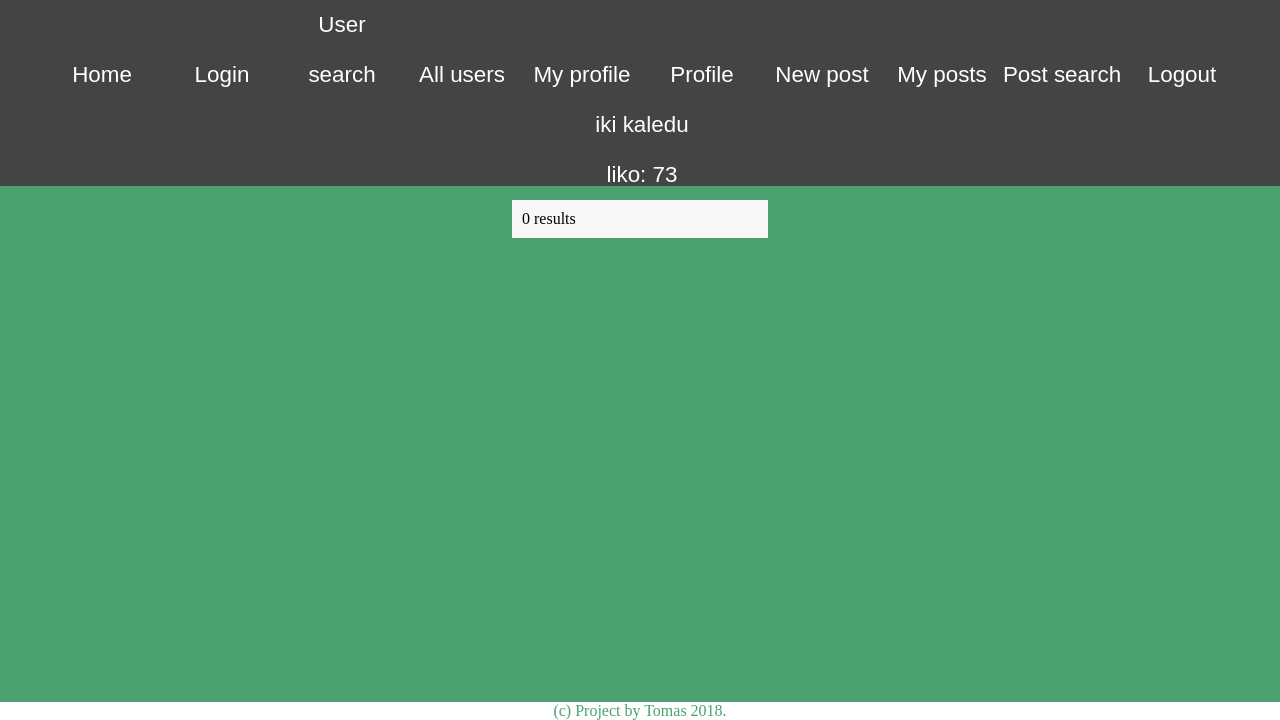
Repository: codin-full-stack/tomasz
Page: http://localhost/tomasz/userInfo.php
These files come from the project's save history. The page is drawn as it stood at one moment and after the next save; the edit follows.
The browser window is 1280 px wide. The pictures show the whole page.
The page is run by PHP 8.4 with error messages shown; the project is at /var/www/html/.

Above is the page before, as saved 2018-10-12 13:22:09.

### userInfo.php

<?php
include 'config.php';
include 'header.php';
?>


<div class="userinfo">
    <?php if (isset($_SESSION['id'])) {
            $search_value=$_SESSION["id"];
            $sql="select * from users where id like '%$search_value%'";
            $res=$conn->query($sql); ?>
          <?php  while($row=$res->fetch_assoc()){ ?>
            <div class="userinfo-box">
                <div class="userinfo-box-image-container">
                    <?php if (!empty($row['image'])){ ?>
                        <img src="data:[embedded picture, 66 characters]" class="userinfo-box-image" /></a>
                    <?php } ?>
                </div>
                <div class="userinfo-box-info">
                    <h2 class="userinfo-box-heading">
                        <?php
                             echo "ID - </b>" . $row["id"]. "<br>" .
                                "Vardas: " . $row["name"]. "<br>" .
                                "Pavarde: " . $row["surename"]. "<br>" .
                                "Email: " . $row["email"]. "<br>" .
                                "Amzius: " . $row["age"]. "<br>" .
                                "Miestas: " . $row["city"]. "<br>" .
                                "Lytis: " . $row["gender"]. "<br><br>";
                        ?>
                    </h2>
                </div>
            </div>
        <?php } ?>
    <?php } else { ?>
        0 results
    <?php } ?>
</div>

<?php
include 'footer.php';
?>

### config.php
<?php
$servername = "localhost";
$username = "root";
$password = "";
$db = "tomasz";

$conn = mysqli_connect($servername, $username, $password, $db);

if (!$conn) {
    die("Connection failed: " . mysqli_connect_error());
}
// echo "Connected successfully";

?>

### header.php
<?php
session_start();
// include('sessionCheck.php');
include('jsonFunctions.php');
?>

<!DOCTYPE html>
<html>
<head>
    <meta charset="utf-8" />
    <title>
    <?php
        if(isset($_SESSION['id'])) {
            $search_value=$_SESSION["id"];
            $sql3="select * from users where id ='$search_value'";
            $result3=mysqli_query($conn, $sql3);
            $row3=mysqli_fetch_assoc($result3);
            echo "Prisijunges: " . $row3['name'];
        } else {
            echo 'Prisjunk';
        }
    ?>
    </title>
    <meta name="viewport" content="width=device-width, initial-scale=1.0">
    <link rel="stylesheet" href="styles/styles.css" type="text/css">
    <link href="https://fonts.googleapis.com/css?family=Roboto" rel="stylesheet">
</head>
<header>
    <div class="nav">
        <?php include('TopMenu.php')?>
    </div>
</header>

### jsonFunctions.php
<?php

function scanFiles($dir) {
    $path = __DIR__ . DIRECTORY_SEPARATOR . $dir;
    $files = scandir($path);

    return $files;
}

/** DECODE json to array and return  */
function jsonFileToArray($dir, $file) {
    $path = __DIR__ . DIRECTORY_SEPARATOR . $dir . DIRECTORY_SEPARATOR;
    $file = file_get_contents($path . $file, FILE_USE_INCLUDE_PATH);
    $allInfo = json_decode($file, true);

    return $allInfo;
}

/** ENCODE array to JSON */
function arrayToJsonFile($dir, $data) {
    $path = __DIR__ . DIRECTORY_SEPARATOR . $dir . DIRECTORY_SEPARATOR;
    $encodeFileName = urlencode($data['email'] . '.json');
    $json = json_encode($data, JSON_PRETTY_PRINT|JSON_UNESCAPED_UNICODE);
    file_put_contents($path . $encodeFileName , $json);
    echo "Ikelta: $path . $encodeFileName . <br> . <br>";
}

/** Show all registered users data  */
function allRegisteredList($files, $dir) {
    foreach ($files as $key => $value) {
        $pos = strpos($value, '.json');
        if ($pos != false) {
           $allInfo = jsonFileToArray($dir, $value);
            foreach ($allInfo as $key => $item) {
                if (!is_array($item)) {
                    echo $key . '=>' . $item . '<br/>';
                } else {
                    foreach ($item as $key => $val) {
                        echo $key . '=>' . $val . '<br/>';
                    }
                }
            }
            echo '<br/>';
        }
    }
}

function fileExists($dir, $fileName) {
    $path = __DIR__ . DIRECTORY_SEPARATOR . $dir . DIRECTORY_SEPARATOR;
    if(file_exists($path . $fileName)) {
        return true;
    } else {
        return false;
    }
}
/**
 * SEARCH FOR USER
 */
function searchUser($labelsArray, $fileName, $data) {
    if (!empty ($data)) {
        // var_dump (fileExists('regFormJson', $fileName)); FUNKCIJOS test
        if (fileExists('regFormJson', $fileName)) {
            $json = jsonFileToArray('regFormJson', $fileName);
            unset($json['pass']);
            foreach ($json as $key => $item) {
                if (!empty($item)) {
                    echo $labelsArray[$key] . ': ' .  $item . '<br>' ;
                }
            }
        } else {
            echo "Tokio vartotojo nera";
        }
    }
}

/** Show registered info */
function retrieve($fileName, $data, $labelsArray ) {
    if (!empty ($data)) {
            $json = jsonFileToArray('regFormJson', $fileName);
            foreach ($json as $key => $item) {
                if (!empty($item)) {
                    echo $labelsArray[$key] . ': ' .  $item . '<br>' ;
            }
        }
    }
}


// function loginU($fileName, $data) {
//     if (!empty($data) && fileExists('regFormJson', $fileName)) {

//         header("location: index.php");
//     } else {
//         header("location: login.php");
//     }
// }

function getFilePath($logindata){
    $filePath = __DIR__ . DIRECTORY_SEPARATOR . 'regFormJson' . DIRECTORY_SEPARATOR . urlencode($logindata['email'] . '.json');

    return $filePath;
 }

 /** Funkcija vartotojo duomenu istraukimui */

 function getUserInfo($filePath){
    if(file_exists($filePath)){
        $info2 = file_get_contents($filePath);
        $masyv = json_decode($info2, true);
        return $masyv;
    } else {
        return null;
    }
 }

 function loginU($data){

    $filePath = getFilePath($data);
    $userInfo = getUserInfo($filePath);

    if(!empty($userInfo)){

        checkPass($filePath, $data);

    /** jei vartotojas egzistuoja issitraukti jo duomenis, patikrinti issaugota slaptazodi su postinamu passu ir jei jei sutampa uzsetinti sesija */
    } else {
        echo 'Neteisingas slaptazodis';
    }
 }

 /** funkcija slaptazodzio palyginimui */
 function checkPass($filePath, $data){

    $data['pass1'] = md5($data['pass1']);

    $userInfo = getUserInfo($filePath);

    if ($userInfo['pass'] == $data['pass1']){

        $_SESSION = [
            'email'   => $userInfo['email'],
        ];

        header('refresh:0.1; index.php');
    } else {
        echo 'Neteisingas slaptazodis';
    }
 }


 function userInfo($labelsArray, $fileName) {
    if (fileExists('regFormJson', $fileName)) {
        $json = jsonFileToArray('regFormJson', $fileName);
        unset($json['pass']);
        foreach ($json as $key => $item) {
            if (!empty($item)) {
                echo $labelsArray[$key] . ': ' .  $item . '<br>' ;
            }
        }
    }
 }

function getInfo() {
    if (isset($session['id'])) {

    }
}
?>

### TopMenu.php
<ul>
    <li><a href="index.php">Home</a></li>
    <li class="log"><a href="login.php">Login</a></li>
    <li><a href="paieska.php">User search</a></li>
    <li><a href="allRegisteredList.php">All users</a></li>
    <li><a href="userInfo.php">My profile</a></li>
    <li><a href="infoChange.php">Profile</a></li>
    <li><a href="post_new.php">New post</a></li>
    <li><a href="myPosts.php">My posts</a></li>
    <li><a href="search.php">Post search</a></li>
    <li class="log"><a href="logout.php">Logout</a></li>
    <li class="kaledos"><a>vb</a></li>
</ul>

### footer.php
<div class="footer">
    (c) Project by Tomas 2018.
</div>
<script src="script.js"></script>
</body>
</html>

### styles/styles.css
body {
    background: #4AA270;
    align-items: center;
    height: 100%;
    width: 100%;
    margin: 0;
    padding: 0;

}
.container {
    overflow: hidden;
    margin: 220px auto;
    width: 320px;
    box-sizing: border-box;
}

.box {
    padding: 20px;
    background-color: #FFFFFF;
    height: 280px;
    box-sizing: border-box;

}

.buttons {
    display: flex;
    height: 40px;

}

.lButton {
    width: 50%;
    color: #000000;
    background-color: #FFFFFF;
    border: 0;
    padding: 10px 10px 10px 30px;
    cursor: pointer;
    min-height: 40px;
    justify-content: center;
}

.rButton {
    width: 50%;
    color: #FFFFFF;
    background-color: #E1E1E1;
    border: 0;
    padding: 10px 10px 10px 30px;
    cursor: pointer;
    min-height: 40px;
    justify-content: center;
}

.boxReg {
    padding: 20px;
    background-color: #FFFFFF;
    height: 600px;
    box-sizing: border-box;
}

.field {
    display: flex;
    position: relative;
    width: 100%;
    padding: 2px;
    background-color: #FFFFFF;
    border-style: none;
    border-bottom-style: solid;
    border-bottom-color: #E1E1E1;
    border-width: 1px;
    box-sizing: border-box;
    font-family: 'Roboto', sans-serif;
    box-shadow: inset 20px 20px #FFFFFF;
}

.label {
    display: flex;
    padding-top: 30px;
    font-family: 'Roboto', sans-serif;
    font-size: 12px;
    font-weight: bold;
    position: relative;
    right: -2px;
    border-style: none;
}

.field:focus{
    outline:none;
    border-color: #4AA270;
}

.rButton:focus {
    outline: 0;
    border-bottom: 1px solid #FFFFFF;
    box-shadow: 0 3px 0 #4AA270;
}

.lButton:focus {
    outline: 0;
    border-bottom: 1px solid #FFFFFF;
    box-shadow: 0 3px 0 #4AA270;
}

.sigin {
    background-color: #4AA270;
    color: white;
    padding: 6px 14px;
    border: none;
    width: 40%;
    position: relative;
    top: 60px;
    float: right;
}

.sigin:focus {
    outline: 1;
    outline-color: #4AA270;
}
.forgot-link {
    position: relative;
    float: left;
    top: 65px;
    font-family: 'Roboto', sans-serif;
    font-size: 11px;
    color: #97D8D7;
}
.regButton {
    background-color: #4AA270;
    color: white;
    padding: 6px 14px;
    border: none;
    width: 40%;
    position: relative;
    top: 5px;
    float: right;
}
.labelspace {
    display: flex;
    padding-top: 10px;
    font-family: 'Roboto', sans-serif;
    font-size: 12px;
    font-weight: bold;
    position: relative;
    right: -2px;
    border-style: none;
}
.labelradio {
    display: inline-block;
    font-family: 'Roboto', sans-serif;
    font-size: 12px;
    font-weight: bold;
    position: relative;
    right: -2px;
    border-style: none;
}
.footer {
    position: fixed;
    left: 0;
    bottom: 0;
    width: 100%;
    background-color: #ffffff;
    color: #4AA270;
    text-align: center;

}
.allreg {
    color: #4AA270;
}

.feed {
    display: flex; /* or inline-flex */
    width: 61%;
    background-color: #F8F8F8;
    margin-top: 40px;
    margin-right: auto;
    margin-left: auto;
    flex-wrap: wrap;
    justify-content: space-around;
    padding: 10px;
}

.feed-box {
    height: 425px;
    width: 270px;
    background-color:#ffffff;
    position: relative;
    overflow: hidden;
    margin: 5px;
}

.feed-box-image {
    height: auto;
    width: 100%;

}
.feed-box:nth-child(4n-3) {
    width: 560px;
}
.feed-box-title {
    position: absolute;
    bottom: 0;
    padding: 5px;
    background-color: #ffffff;
    width: 100%;
}
.feed-box-image-container {
    overflow: hidden;
    height: 290px;
    width: auto;

}

* {
    box-sizing: border-box;
}

.feed-box-heading {
    overflow-wrap: break-word;
    font-family: 'Roboto', sans-serif;
    font-size: 20px;
}

.mygtukasPaieska {
    text-align: right;
    background: white;
    margin: auto;
}

.searchbutton {
    background-color: #4AA270;
    color: white;
    padding: 6px 14px;
    border: none;
    width: 30%;
    position: absolute;
    top: 45px;
    right: 20px;

}

.paieska {
    display: block;
    width: 300px;
    background-color: #ffffff;
    min-height: 140px;
    margin-top: 40px;
    margin-right: auto;
    margin-left: auto;
    flex-wrap: wrap;
    position: relative;
    top: 100px;
    padding: 10px;
}

.textPad {
    padding: 20px;
    background-color: white;
    width: 400px;
    margin: 250px auto;
}
.fieldPost {
    display: flex;
    position: relative;
    width: 100%;
    padding: 10px;
    background-color: #FFFFFF;
    border-style: none;
    border-bottom-style: solid;
    border-bottom-color: #E1E1E1;
    border-width: 1px;
    box-sizing: border-box;
    font-family: 'Roboto', sans-serif;
    box-shadow: inset 20px 20px #FFFFFF;
}
.fieldPost:focus{
    outline:none;
    border-color: #4AA270;
}
.postButton {
    background-color: #4AA270;
    color: white;
    padding: 6px 14px;
    border: none;
    width: 30%;
    position: relative;
    top: -15px;
    float: right;
}
.feed-box-heading a {
    font-family: 'Roboto', sans-serif;
    font-size: 20px;
    color: #494949;
    border: none;
    text-decoration: none;
}

.boxLogin {
    display: flex; /* or inline-flex */
    background-color: transparent;
    margin-top: 40px;
    margin-right: auto;
    margin-left: auto;
    flex-wrap: wrap;
    padding: 10px;
}
.containerlogin {
    overflow: hidden;
    margin: 220px auto;
    width: 320px;
    box-sizing: border-box;
}

.nav {
    position: fixed;
    width: 100%;
    background-color: #494949;
    overflow: hidden;
    top: 0px;
    z-index: 100;
    left: 0px;
}

.nav ul {
    list-style: none;
    background-color: #444;
    text-align: center;
    padding: 0;
    margin: 0;
  }
  .nav li {
    font-family: 'Oswald', sans-serif;
    font-size: 1.2em;
    line-height: 40px;
    height: 40px;
    border-bottom: 1px solid #888;
    width: 100%;
  }

  .nav a {
    text-decoration: none;
    color: #fff;
    display: block;
    transition: .3s background-color;
  }

  .nav a:hover {
    background-color: #025e10;
  }

  .nav a.active {
    background-color: #fff;
    color: #444;
    cursor: default;
  }
  .users {
    display: flex;
    width: 80%;
    background-color: #F8F8F8;
    margin-top: 50px;
    margin-right: auto;
    margin-left: auto;
    flex-wrap: wrap;
    justify-content: space-between;
    padding: 10px;
}
.userinfo {
    display: flex;
    width: 20%;
    background-color: #F8F8F8;
    margin-top: 200px;
    margin-right: auto;
    margin-left: auto;
    flex-wrap: wrap;
    justify-content: space-between;
    padding: 10px;
}

  @media screen and (min-width: 435px) {
    .nav li {
      width: 120px;
      border-bottom: none;
      height: 50px;
      line-height: 50px;
      font-size: 1.4em;
      display: inline-block;
      margin-right: -4px;
    }
}

@media only screen and (max-width: 1440px) {
    .feed-box:nth-child(4n+4) {
        width: 560px;
    }
    .feed {
        margin-top: 45px;
    }
}
@media only screen and (max-width: 1024px) {
    .feed-box:nth-child(1n) {
        width: 48%;
    }
    .feed {
        width: 75%;
        margin-top: 93px;
    }
    .users-box:nth-child(1n) {
        width: 32%;
    }
    .users {
        margin-top: 93px;
    }
    .userinfo {
        width: 30%;
    }

}
@media only screen and (max-width: 768px) {
    .feed-box:nth-child(1n) {
        width: 100%;
    }
    .users-box:nth-child(1n) {
        width: 48%;
    }
    .users {
        margin-top: 93px;
    }
    .userinfo {
        width: 40%;
    }
}
@media only screen and (max-width: 425px) {
    .feed-box:nth-child(1n) {
        width: 100%;
    }
    .feed {
        width: 90%;
        margin-top: 393px;
    }
    .users {
        width: 90%;
        margin-top: 393px;
    }
    .userinfo {
        width: 60%;
        margin-top: 393px;
    }
}
@media only screen and (max-width: 320px) {
    .feed-box:nth-child(1n) {
        width: 100%;
    }
    .feed {
        width: 95%;
    }
    .users {
        width: 95%;
    }
    .userinfo {
        width: 90%;
    }
}
.allUsers a {
    font-family: 'Roboto', sans-serif;
    font-size: 12px;
    color: #494949;
    overflow-wrap: break-word;
}

.users-box {
    height: 425px;
    width: 270px;
    background-color:#ffffff;
    position: relative;
    overflow: hidden;
    margin: 5px;
}

.users-box-image {
    height: auto;
    width: 100%;

}

.users-box-info {
    position: absolute;
    bottom: 0;
    padding: 5px;
    background-color: #ffffff;
    width: 100%;
}
.users-box-image-container {
    overflow: hidden;
    height: 290px;
    width: auto;

}
.users-box-heading {
    overflow-wrap: break-word;
    font-family: 'Roboto', sans-serif;
    font-size: 17px;
}

.userinfo-box {
    height: 425px;
    width: 100%;
    background-color:#ffffff;
    position: relative;
    overflow: hidden;
    margin: 5px;
}

.userinfo-box-image {
    height: auto;
    width: 100%;

}

.userinfo-box-info {
    position: absolute;
    bottom: 0;
    padding: 5px;
    background-color: #ffffff;
    width: 100%;
}
.userinfo-box-image-container {
    overflow: hidden;
    height: 290px;
    width: auto;

}
.userinfo-box-heading {
    overflow-wrap: break-word;
    font-family: 'Roboto', sans-serif;
    font-size: 17px;
}

.tableinfo {
    margin-top: 100px;
    max-width: 100%;
    min-height: 100%;
}

thead {
    background-color: #6D7AE0;
    color: #fff;
    font-family: 'Roboto', sans-serif;
    font-size: 17px;
    text-align: left;

}

tbody {
    background-color: #ffffff;
    font-family: 'Roboto', sans-serif;
    font-size: 14px;


}

table {
    border-collapse: collapse;
    border-radius: 12px;
    border: none;
    letter-spacing: 1px;
    font-family: sans-serif;
    font-size: .8rem;
    width: 50%;
    overflow: hidden;
    margin-left: auto;
    margin-right: auto;

}

th {
    border: none;
    padding: 5px 40px;
    height: 60px;
    font-weight: normal !important;
}

td {
    border: none;
    /* padding: 5px 40px; */
    text-align: center;
    height: 50px;
    font-weight: normal !important;
    border-bottom: 1px solid #F2F2F2;
    text-align: left;
}

td a {
    padding: 15px 40px;
    text-decoration: none;
    color: #646464;
}
@media only screen and (max-width: 760px),
(min-device-width: 768px) and (max-device-width: 1024px)  {

	/* Force table to not be like tables anymore */
	table, thead, tbody, th, td, tr {
        display: block;
    }
    table {
        width: 90%;
    }

	/* Hide table headers (but not display: none;, for accessibility) */
	thead tr {
		position: absolute;
		top: -9999px;
		left: -9999px;
	}

	tr { border: 1px solid #ccc; }

	td {
		border: none;
		border-bottom: 1px solid #eee;
		position: relative;
		padding-left: 50%;
	}

	td:before {
		position: absolute;
		top: 6px;
		left: 6px;
		width: 45%;
		padding-right: 10px;
		white-space: nowrap;
    }

	td:nth-of-type(1):before { content: "Full name"; }
	td:nth-of-type(2):before { content: "Age"; }
	td:nth-of-type(3):before { content: "Job Title"; }
	td:nth-of-type(4):before { content: "Location"; }

}

### script.js
// Set the date we're counting down to
function kaledos() {
    var countDownDate = new Date("Dec 25, 2018 00:00:00").getTime();

    // Update the count down every 1 second
    var x = setInterval(function() {


    // Get todays date and time
    var now = new Date().getTime();


    // Find the distance between now and the count down date
    var distance = countDownDate - now;

    // Time calculations for days, hours, minutes and seconds
    var days = Math.floor(distance / (1000 * 60 * 60 * 24));
    var hours = Math.floor((distance % (1000 * 60 * 60 * 24)) / (1000 * 60 * 60));
    var minutes = Math.floor((distance % (1000 * 60 * 60)) / (1000 * 60));
    var seconds = Math.floor((distance % (1000 * 60)) / 1000);


    // Display the result in the element with id="demo"
      document.getElementById("demo").innerHTML =  days + "d " + hours + "h "
      + minutes + "m " + seconds + "s ";
      document.getElementById('kaledos').style.visibility='visible';

    //   var left = days + "d " + hours + "h "+ minutes + "m " + seconds + "s ";
    //   console.log(left);

    // If the count down is finished, write some text
        if (distance < 0) {
            clearInterval(x);
            document.getElementById("demo").innerHTML = "Kaledos!";
        }
    }, 1000);
}

var countDownDate = new Date("Dec 25, 2018 00:00:00").getTime();
var now = new Date().getTime();
var distance = countDownDate - now;
var days = Math.floor(distance / (1000 * 60 * 60 * 24));
//

var target = document.querySelector('.kaledos');
target.innerHTML = "iki kaledu liko: " + days;
target.style.color = "white";

After the next save:
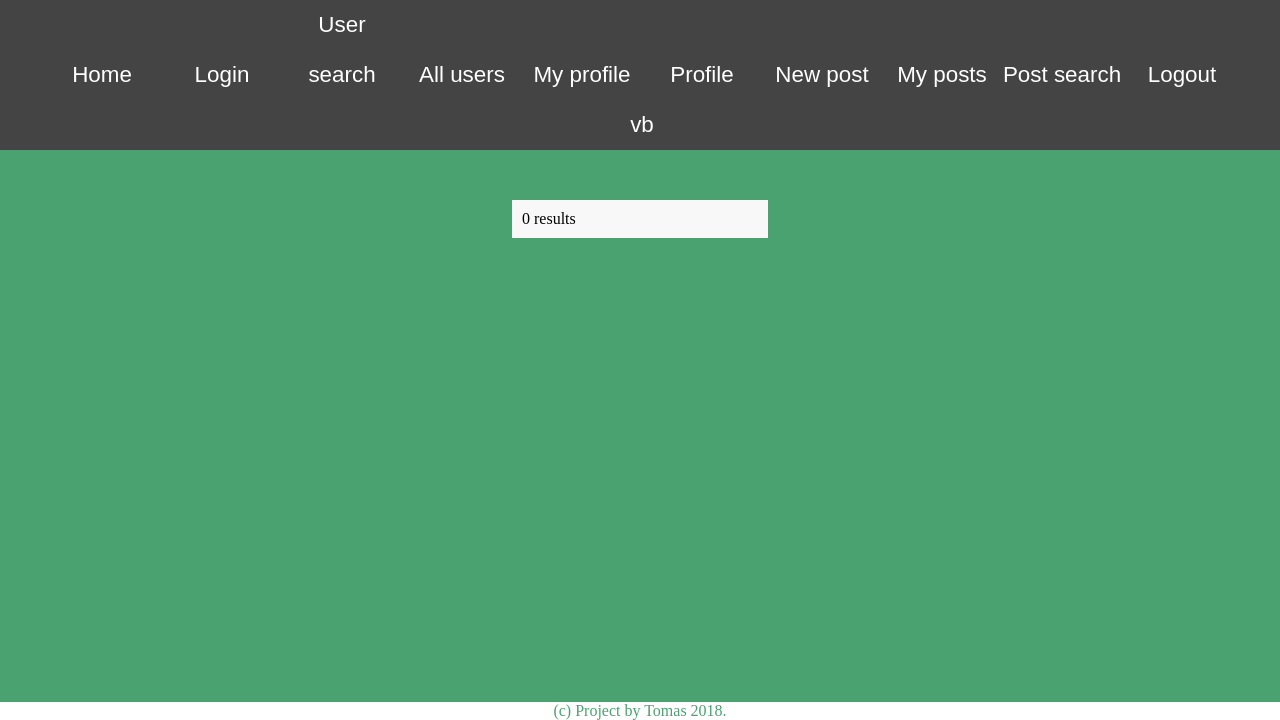
Saved 9 s later.
--- a/script.js
+++ b/script.js
@@ -43,5 +43,5 @@
 //
 
 var target = document.querySelector('.kaledos');
-target.innerHTML = "iki kaledu liko: " + days;
+// target.innerHTML = "iki kaledu liko: " + days;
 target.style.color = "white";

After the save that followed:
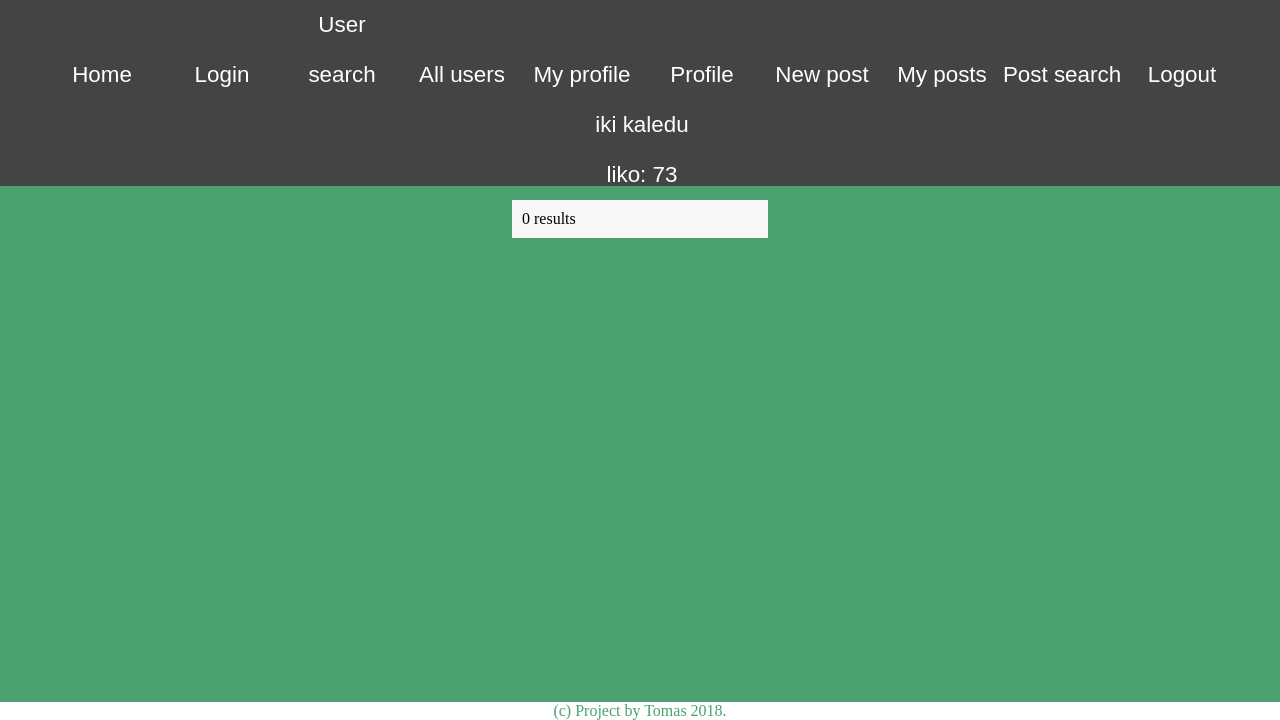
Saved 6 s later.
--- a/script.js
+++ b/script.js
@@ -43,5 +43,5 @@
 //
 
 var target = document.querySelector('.kaledos');
-// target.innerHTML = "iki kaledu liko: " + days;
+target.innerHTML = "iki kaledu liko: " + days;
 target.style.color = "white";
